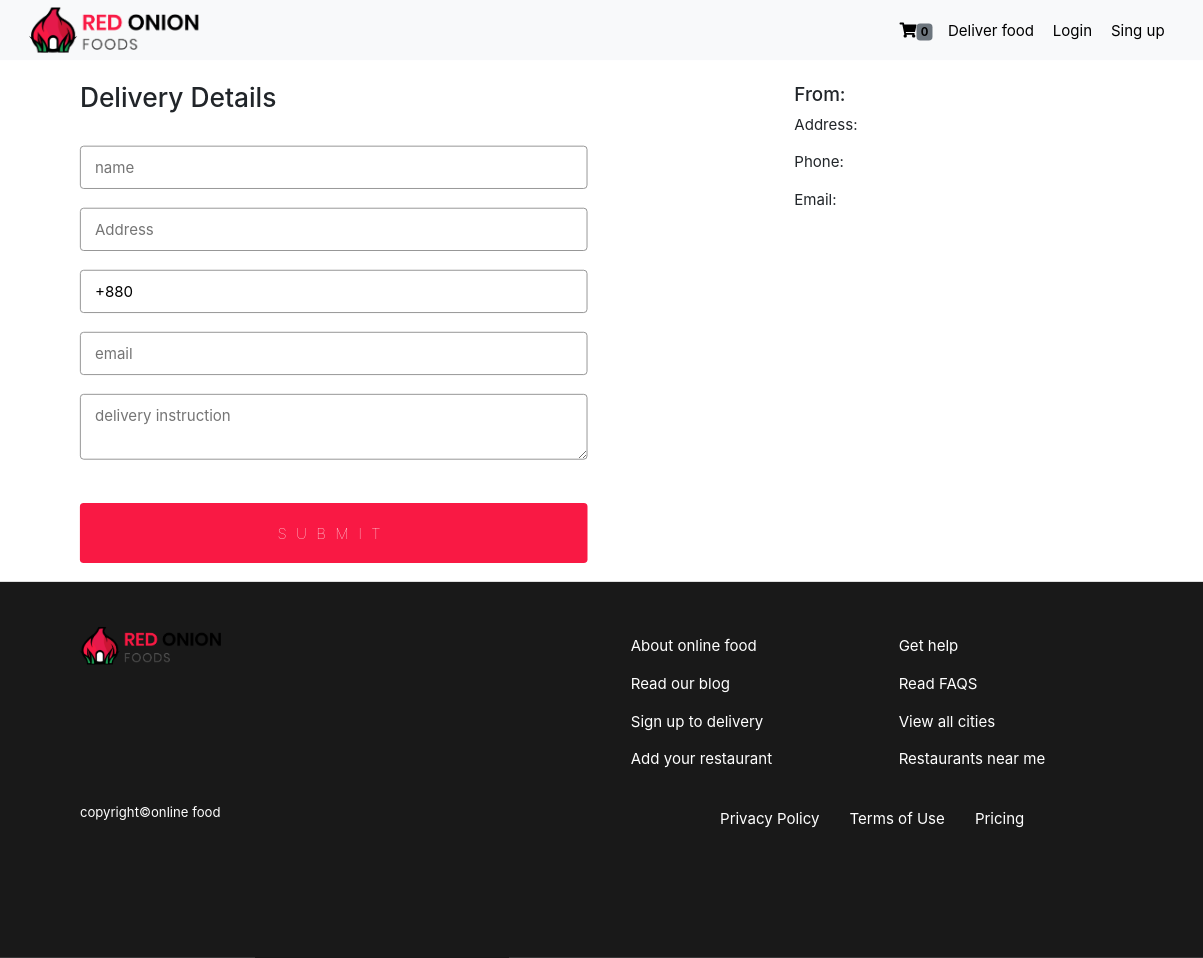
Repository: arif286/red-onion-client
Page: /cart
These files come from the project's save history. The page is drawn as it stood at one moment and after the next save; the edit follows.
The browser window is 1280 px wide. The pictures show the whole page, at 94% of full size.
The project was rebuilt for these pictures with package versions that can differ from the ones it lists, and the page was loaded fresh each time. Some packages were replaced by stand-ins written for this rebuild. Also part of the build but not shown: src/App.css, src/components/SearchBar/SearchBar.css, src/components/SearchBar/SearchBar.js, src/components/FoodDetails/FoodDetail.css, src/components/FoodDetails/FoodDetail.js, src/components/DeliveryFood/DeliveryFood.js, src/components/Food/Food.css, src/components/Food/FoodItem.js and 9 more.

Above is the page before, as saved 2021-03-30 16:44:16.

After the next save:
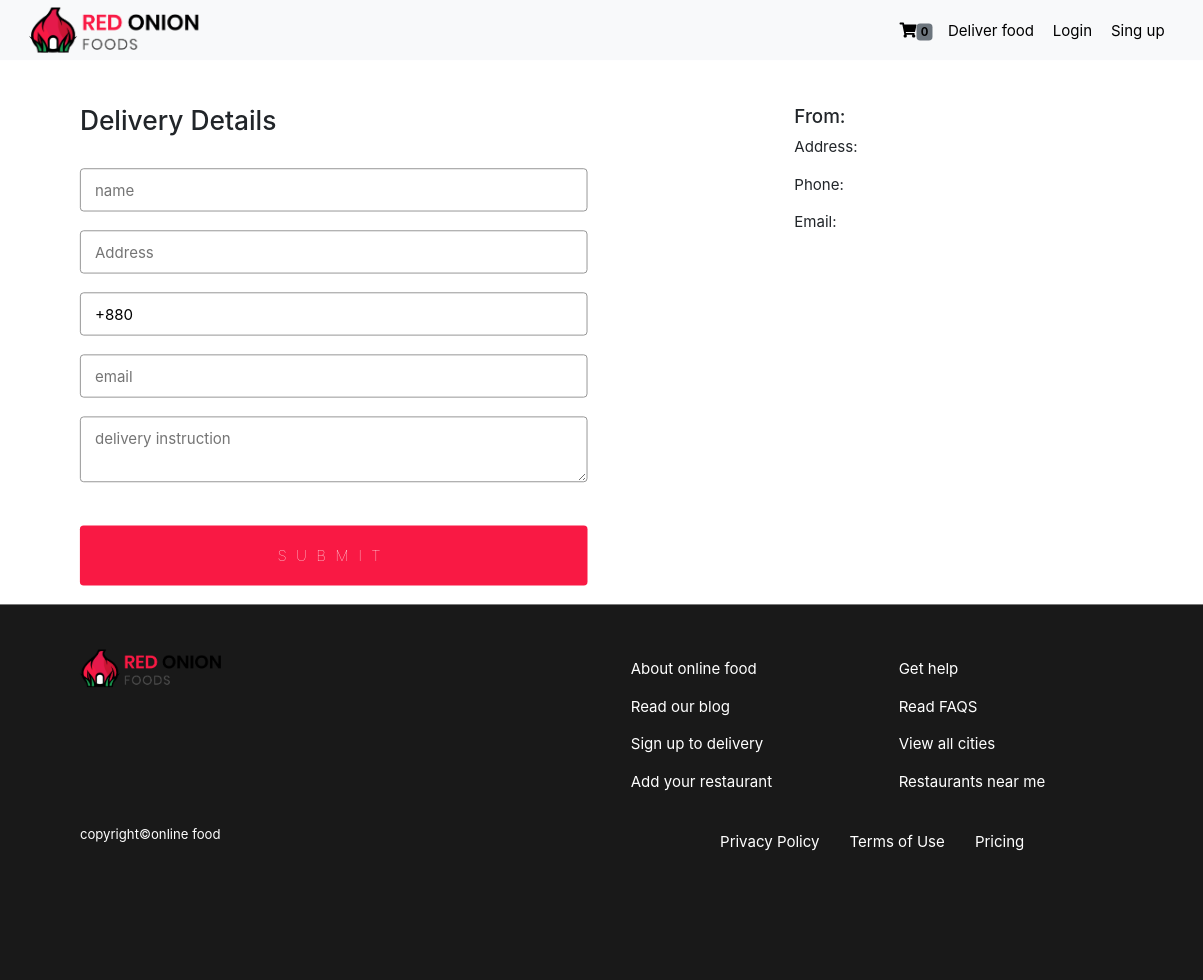
Saved 4 s later.
--- a/src/components/Cart/Cart.js
+++ b/src/components/Cart/Cart.js
@@ -13,7 +13,7 @@ const Cart = () => {
     }
     return (
       <div className="container">
-        <div className="row mt-4 justify-content-between">
+        <div className="row mt-5 justify-content-between">
           <div className="col-md-6 col-sm-12">
             <h3>Delivery Details</h3>
             <form className="delivery-form" onSubmit={handleSubmit(onSubmit)}>
